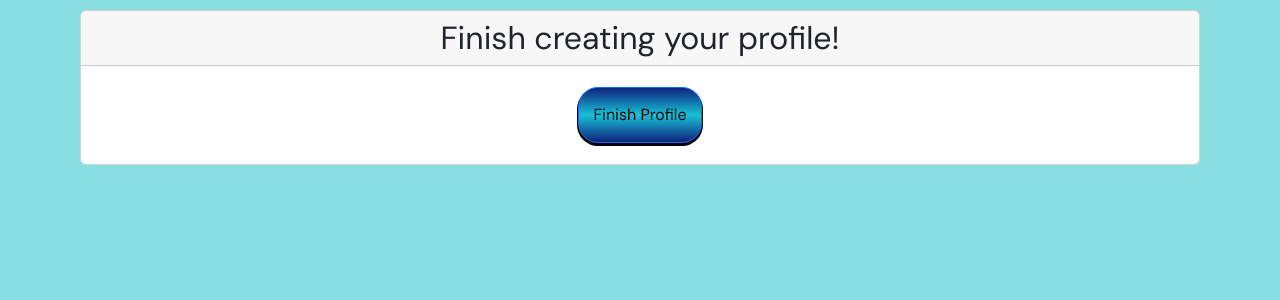
Repository: aiodell/my-glucose-checkup
Page: /me (app in client/)
These files come from the project's save history. The page is drawn as it stood at one moment and after the next save; the edit follows.
The browser window is 1280 px wide. The pictures show the whole page.
The page's requests for data from a server got no answer. The project was rebuilt for these pictures with package versions that can differ from the ones it lists, and the page was loaded fresh each time. No one was signed in, and anything a server would have sent is missing. Also part of the build but not shown: client/src/components/Login.js, client/src/components/Signup.js, client/src/components/Dashboard.js, client/src/components/AllReadings.js, client/src/components/NewReading.js, client/src/components/Home.js, client/src/components/BglUpdateForm.js, client/src/components/BglEventDetails.js and 8 more.

Above is the page before, as saved 2022-10-06 07:00:49.

### client/src/index.js
import React from 'react';
import ReactDOM from 'react-dom/client';
import {BrowserRouter as Router} from "react-router-dom";
import 'bootstrap/dist/css/bootstrap.min.css';
import App from './App';

const root = ReactDOM.createRoot(document.getElementById('root'));
root.render(
  <React.StrictMode>
  <Router>
    <App />
  </Router>
  </React.StrictMode>
);

### client/src/App.js
import { useState, useEffect } from "react"
import { Switch, Route, useHistory } from "react-router-dom"
import NavBar from "./components/NavBar"
import Login from "./components/Login"
import Signup from "./components/Signup"
import Dashboard from "./components/Dashboard"
import AllReadings from "./components/AllReadings"
import NewReading from "./components/NewReading"
import Home from "./components/Home"
import BglEventDetails from "./components/BglEventDetails"
import NewBglEvent from "./components/NewBglEvent"
import Events from "./components/Events"
import UserProfile from "./components/UserProfile"
import CreateProfile from "./components/CreateProfile"
import AllUsers from "./components/AllUsers"
import './styles.css'

const App = () => {
  const [currentUser, setCurrentUser] = useState("")
  const [readings, setReadings] = useState([])
  const [events, setEvents] = useState([])
  const [users, setUsers] = useState([])
  const [following, setFollowing] = useState([])
  const history = useHistory()

  useEffect( () => {
    fetch(`/auto-login`)
    .then((r) => {
      if (r.ok) {
        r.json().then((user) => setCurrentUser(user))
      }else{
        history.push("/login")
      }
    })
  }, [ ])

	useEffect(() => {
		fetch("/events")
		.then((r) => r.json())
		.then(setEvents)
	}, [])

  useEffect(() => {
		fetch("/bgls")
		.then((r) => r.json())
		.then(setReadings)
	}, [])

  useEffect(() => {
    fetch("/users")
    .then((r) => r.json())
    .then(setUsers)
  }, [])

  useEffect(() => {
    fetch("/relationships")
    .then((r) => r.json())
    .then(setFollowing)
  }, [])

  const updateUser = (user) => setCurrentUser(user)

  const addNewReading = (newReading) => {setReadings(readings => [...readings, newReading])}

  const deleteReading = (deletedReading) => {
    setReadings((readings) => readings.filter((reading) => reading.id !== deletedReading))
  }

  const deleteEvent = (deletedEvent) => {
    setEvents((events) => events.filter((event) => event.id !== deletedEvent))
  }

  const updateBgl = (updatedBgl) => {
    setReadings((readings) => readings.map(bgl => bgl.id === updatedBgl.id ? updatedBgl : bgl))
  }

  // add follower to list
  const addNewFollow = (newFollow) => {
    setFollowing(following => [...following, newFollow])
    const copyOfCurrentUser = {...currentUser}
    copyOfCurrentUser.followees.push(newFollow)
    setCurrentUser(copyOfCurrentUser)
  }

  // delete follower from the list
  const deleteFollow = (deletedFollow) => {
    setFollowing((following) => following.filter((following) => following.id !== deletedFollow))
  }

  const removeCurrentFollowing = (deletedFollowee) => {
    const copyOfCurrentUser = {...currentUser}
    copyOfCurrentUser.followees = copyOfCurrentUser.followees.filter(followee => followee.followee_id !== deletedFollowee.followee_id)
    setCurrentUser(copyOfCurrentUser)
  }

   return (
   <div>
    <NavBar
      currentUser = {currentUser}
      updateUser = {updateUser}
    />
    <Switch>
      <Route exact path = "/login">
        <Login updateUser = {updateUser}/>
      </Route>
      <Route exact path = "/signup">
        <Signup />
      </Route>
      <Route exact path = "/dashboard">
        <Dashboard
        currentUser = {currentUser}
        readings = {readings}
        setReadings = {setReadings}
        following = {following}  // will be used to display the highs and lows of a user being followed
        users = {users}
        />
      </Route>
      <Route exact path= "/bgls/all">
        <AllReadings
        readings = {readings}
        setReadings = {setReadings}
        />
      </Route>
      <Route exact path= "/bgls/new">
        <NewReading addNewReading= {addNewReading} />
      </Route>
      <Route exact path= "/bgls/:id/">
        <BglEventDetails
          updateBgl = {updateBgl}
          deleteReading= {deleteReading}
          readings = {readings}
        />
      </Route>
      <Route exact path="/bgls/:id/bgl_events/new">
        <NewBglEvent events= {events}/>
      </Route>
      <Route exact path="/events">
        <Events
          deleteEvent = {deleteEvent}
          events = {events}
          setEvents = {setEvents}
        />
      </Route>
      <Route exact path= "/me">
        <UserProfile
        currentUser = {currentUser}
        users = {users}
        />
      </Route>
      <Route exact path = "/create-profile">
        <CreateProfile />
      </Route>
      <Route exact path= "/users">
        <AllUsers
        currentUser = {currentUser}
        users = {users}
        addNewFollow = {addNewFollow}
        deleteFollow = {deleteFollow}
        removeCurrentFollowing ={removeCurrentFollowing}
        />
      </Route>
      <Route exact path="/">
        <Home
        currentUser = {currentUser}
        setCurrentUser = {setCurrentUser}/>
      </Route>
    </Switch>
   </div>
  )
}

export default App;

### client/src/components/NavBar.js
import { useHistory, NavLink } from 'react-router-dom'
import Container from "react-bootstrap/Container"
import Nav from 'react-bootstrap/Nav';
import Navbar from 'react-bootstrap/Navbar';
import '../styles.css';

const NavBar = ({updateUser, currentUser}) => {
	const history = useHistory()

	// log out only available when logged in
	const handleLogout = (e) => {
		fetch(`/logout`, {
			method: 'DELETE'
		})
		.then(() => {
			updateUser("")
			history.push('/')
		})
	}

	return(
		<>
		{currentUser ?
			<Navbar bg="dark" variant="dark" expand="lg">
			<Container className="nav-bar">
				<Navbar.Brand>My Glucose Checkup</Navbar.Brand>
				<Navbar.Toggle aria-controls="basic-navbar-nav" />
				<Navbar.Collapse id="basic-navbar-nav"></Navbar.Collapse>
					<Nav className="me-auto">
						<NavLink className="nav-link" to="/dashboard">
							<Nav.Item>Dashboard</Nav.Item>
						</NavLink>
						<NavLink className="nav-link" to="/bgls/all">
							<Nav.Item>My BGLs</Nav.Item>
						</NavLink>
						<NavLink className="nav-link" to="/bgls/new">
							<Nav.Item>New Reading</Nav.Item>
						</NavLink>
						<NavLink className="nav-link" to="/me">
							<Nav.Item>My Account</Nav.Item>
						</NavLink>
						<NavLink className="nav-link" to="/users">
							<Nav.Item>All Users</Nav.Item>
						</NavLink>
						<Nav.Link onClick={handleLogout}>Logout</Nav.Link>
					</Nav>
			</Container>
		</Navbar> : null }
		</>
	)
}

export default NavBar

### client/src/components/UserProfile.js
import Button from "react-bootstrap/Button"
import {NavLink, useHistory } from "react-router-dom"
import Container from "react-bootstrap/Container"
import Card from 'react-bootstrap/Card';
import Accordion from "react-bootstrap/Accordion"

const UserProfile = ({currentUser}) => {

	const renderFollowing = currentUser.followees?.map((user) => {
		return(
			<Card>
				<Card.Title>{user.first_name} {user.last_name}</Card.Title>
				<Card.Text></Card.Text>
			</Card>
		)
	})

	return(
		<div>
			{currentUser.has_profile ?
			<Container className="profile-container">
				<Card className= "user-profile">
					<Card.Header as="h2">Hello {currentUser.first_name}!</Card.Header>
					<Card.Body>
						<Card.Title className="card-title">Personal Information</Card.Title>
					</Card.Body>
					<Card.Body>
						<Card.Text className="body-1"><b>Full Name: </b>{currentUser.first_name} {currentUser.last_name}</Card.Text>
						<Card.Text className="body-2"><b>Date of birth: </b>{currentUser.profile.month} / {currentUser.profile.day} / {currentUser.profile.year}</Card.Text>
						<Card.Text><b>Email: </b>{currentUser.email}</Card.Text>
						<Card.Text><b>Phone Number: </b>{currentUser.profile.phone}</Card.Text>
					</Card.Body>
				</Card>
				{/* who the user is following */}
				<Accordion as={Card} className= "user-profile">
					<Accordion.Header as="h2" className="follow-header">
						Following
					</Accordion.Header>
					<Accordion.Body>{renderFollowing}</Accordion.Body>
				</Accordion>
			</Container>
			:
				<Container className="container-style">
				<Card className= "user-profile">
				<Card.Header as="h2">Finish creating your profile!</Card.Header>
					<Card.Body>
						<NavLink to="/create-profile">
							<Button className="btns">Finish Profile</Button>
						</NavLink>
					</Card.Body>
				</Card>
				</Container>
			}
		</div>
	)
}

export default UserProfile

### client/src/styles.css
@import url('https://fonts.googleapis.com/css2?family=DM+Sans&display=swap');
@import url('https://fonts.googleapis.com/css2?family=Carter+One&family=DM+Sans&display=swap');

body {
  font-family: 'DM Sans', sans-serif;
  background-color:	#89dee2;
  margin: 0px;
}

/*Universal */
.btns {
  background-image: linear-gradient(#10217d, #16c2d5,#10217d);
  color: rgb(0, 0, 0);
  padding: 15px;
  margin: 5px;
  text-align: center;
  border-radius: 20px;
  box-shadow: 0px 2px 0px 1px black;
  text-decoration: none;
}

.container-style{
  text-align: center;
  padding: 10px;
  position: relative;
}

.navbar-brand{
  font-family: 'Carter One', cursive;
  font-size: 2rem;
  text-align:left
}

/*Home Page */
.Home {
  text-align: center;
}

.home-background {
  background-color: #88c7b2;
  min-height: 100vh;
  display: flex;
  flex-direction: column;
  align-items: center;
  justify-content: center;
  font-size: calc(10px + 2vmin);
  color: white;
}

.welcome {
  font-family: 'Carter One', cursive;
  text-shadow: 2px 2px black;
  text-align: center;
}

.home-btn-div {
  align-content: center;
}

/*Forms */
.form-style{
  margin-top: 100px;
  border-radius: 20px;
  box-shadow: 0px 2px 0px 1px black;
  background-image: linear-gradient(#67eabe, #ffffff);
  color: rgb(0, 0, 0);
}
.title{
  padding: 20px;
  position: relative;
}

/*Dashbord */
.dash-container{
  margin-top: 100px;
  padding: 20px;
  background-image: linear-gradient(#67eabe, #ffffff);
  border-radius: 25px;
  position: relative;
}

.current-bgl{
  border-radius: 50%;
  height: 150px;
  width: 150px;
  vertical-align: middle;
  left: 44%;
  position: relative;
  box-shadow: 2px 2px 2px 2px black;
  background-image: linear-gradient(#67eabe, #ffffff);
}

.current-txt{
  text-align: center;
  font-size: 4rem;
  padding-top: 40px;
  padding-left: 5px;
  position: relative;
}

.low-high-avg{
  padding: 20px;
  position: relative;
}

.dash-title{
  font-family: 'Carter One', cursive;
  text-shadow: 2px 2px 2px black;
  color: white
}

/*Events */

.list{
  list-style: none;
  padding: 5px;
  font-size: 150%;
}

.event-container-style{
  text-align: center;
  padding: 10px;
  position: relative;
  margin: 5px;
}

.delete-btn{
  background-image: linear-gradient(#67eabe, #ffffff);
  color: rgb(0, 0, 0);
  padding: 5px;
  margin: 5px;
  text-align: center;
  box-shadow: 0px 2px 0px 1px black;
  text-decoration: none;
}
.event-card{
  vertical-align: middle;
  left: 39%;
  position: relative;
}

/*All bgls*/
.all-bgl-container-style{
  align-content: center;
  margin-top: 20px;
  text-align: center;
  display: relative;
  position:relative;
  max-width: 50%;
}

.link-text-style{
  text-decoration: none;
}

.pages {
  display: flex;
  justify-content: center;
  margin-top: 20px;
}

.bgl-card{
  margin: 10px;
  text-decoration: none;
  color: black;
  box-shadow: 0px 2px 0px 2px black;
}

.card-title{
  font-size: 150%;
}

.search {
  width: 50%;
  text-align: center;

  position: relative;
  display: block;
  margin: auto;
  padding: 2rem;
}

.searchTerm {
  text-align: center;
  width: 100%;
  border: 3px solid #004e59;
  padding: 5px;
  height: 3rem;
  border-radius: 5px;
  outline: none;
  font-size: 1.5rem;
}

/* Profile Completion Form */
.form-title{
  text-align: center;
  margin-top: 15px;
}

.profile-completion{
  text-align: center;
  padding: 15px;
  margin: 10px;
  box-shadow: 1px 2px 0px 1px black;
  background-image: linear-gradient(#eaeaea, #ffffff);
  color: rgb(0, 0, 0);
}

.profile-label{
  margin-bottom: 5px;
  margin-top: 10px;
}

.form-check{
  margin-top: 5px
}

/*profile container*/
.profile-container{
  align-content: center;
  margin-top: 20px;
  text-align: center;
  display: relative;
  position:relative;
  max-width: 50%;
}

Loaded but not shown: client/public/index.html (common file)

After the next save:
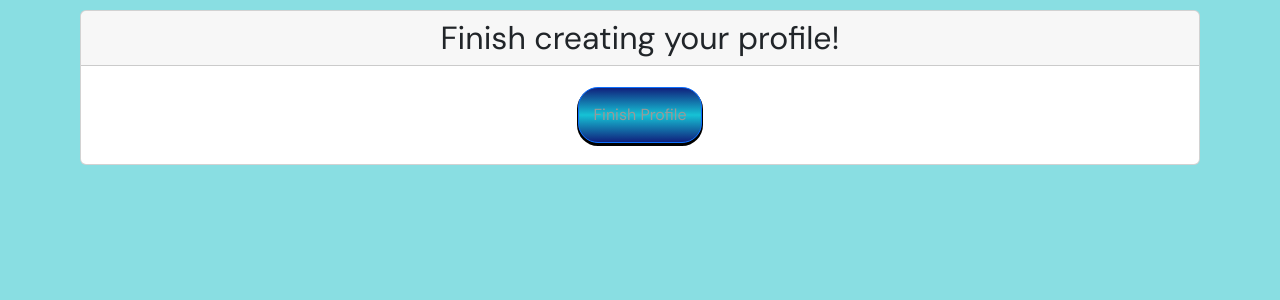
Saved 12 s later.
--- a/client/src/styles.css
+++ b/client/src/styles.css
@@ -10,7 +10,7 @@ body {
 /*Universal */
 .btns {
   background-image: linear-gradient(#10217d, #16c2d5,#10217d);
-  color: rgb(0, 0, 0);
+  color: rgb(153, 153, 153);
   padding: 15px;
   margin: 5px;
   text-align: center;
